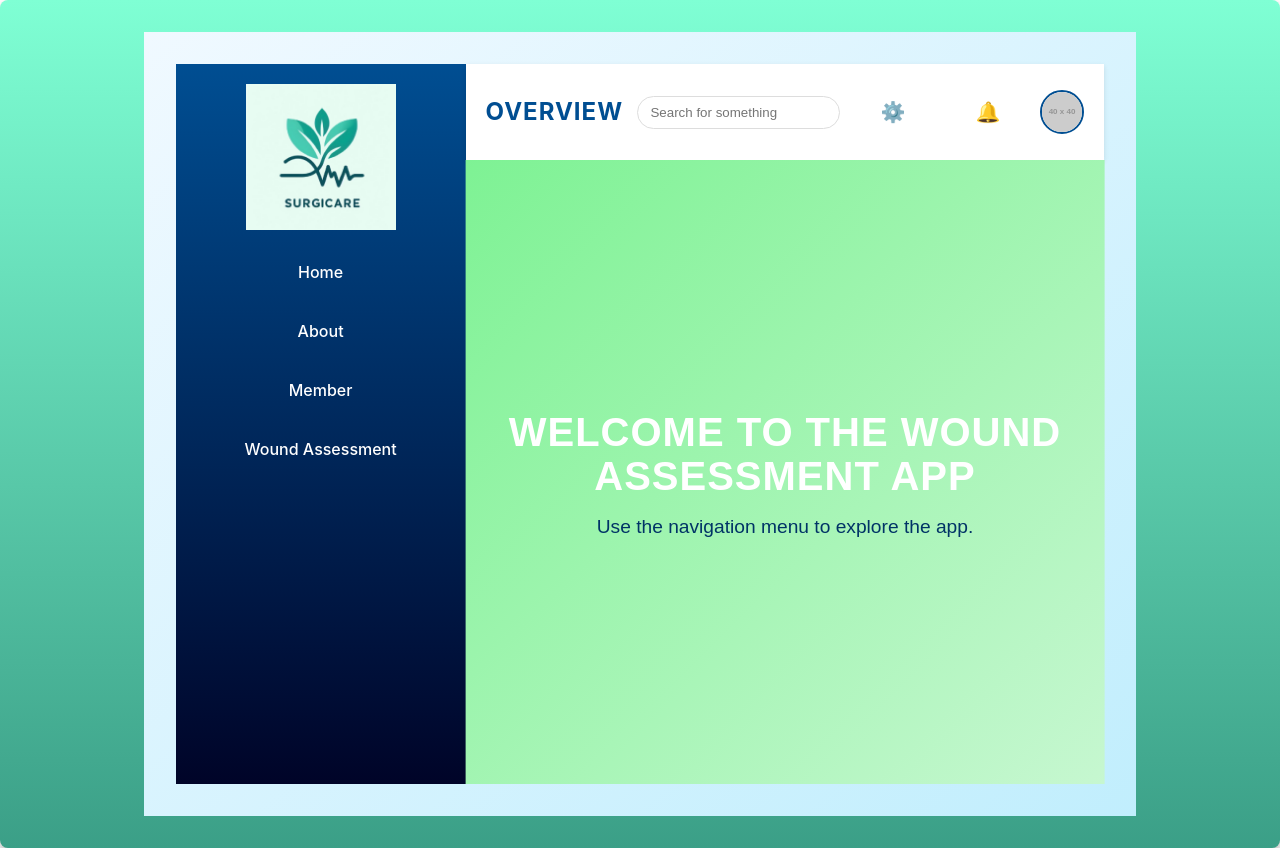
Repository: Jinwoo290350/Surgicare-Vue
Page: / (app in surgicare/)
The author's editor kept a copy of each file at every save. The page is drawn from the files as they stood at one save, then again after the next save.
The browser window is 1280 px wide. The pictures show the whole page.
The project was rebuilt for these pictures with package versions that can differ from the ones it lists, and the page was loaded fresh each time. Also part of the build but not shown: surgicare/vite.config.js, surgicare/src/views/About.vue, surgicare/src/views/Member.vue, surgicare/src/components/WoundAssessment.vue.

Above is the page before, as saved 2024-12-30 14:10:37.
Console error: TypeError: Cannot read properties of null (reading 'getContext')

After the next save:
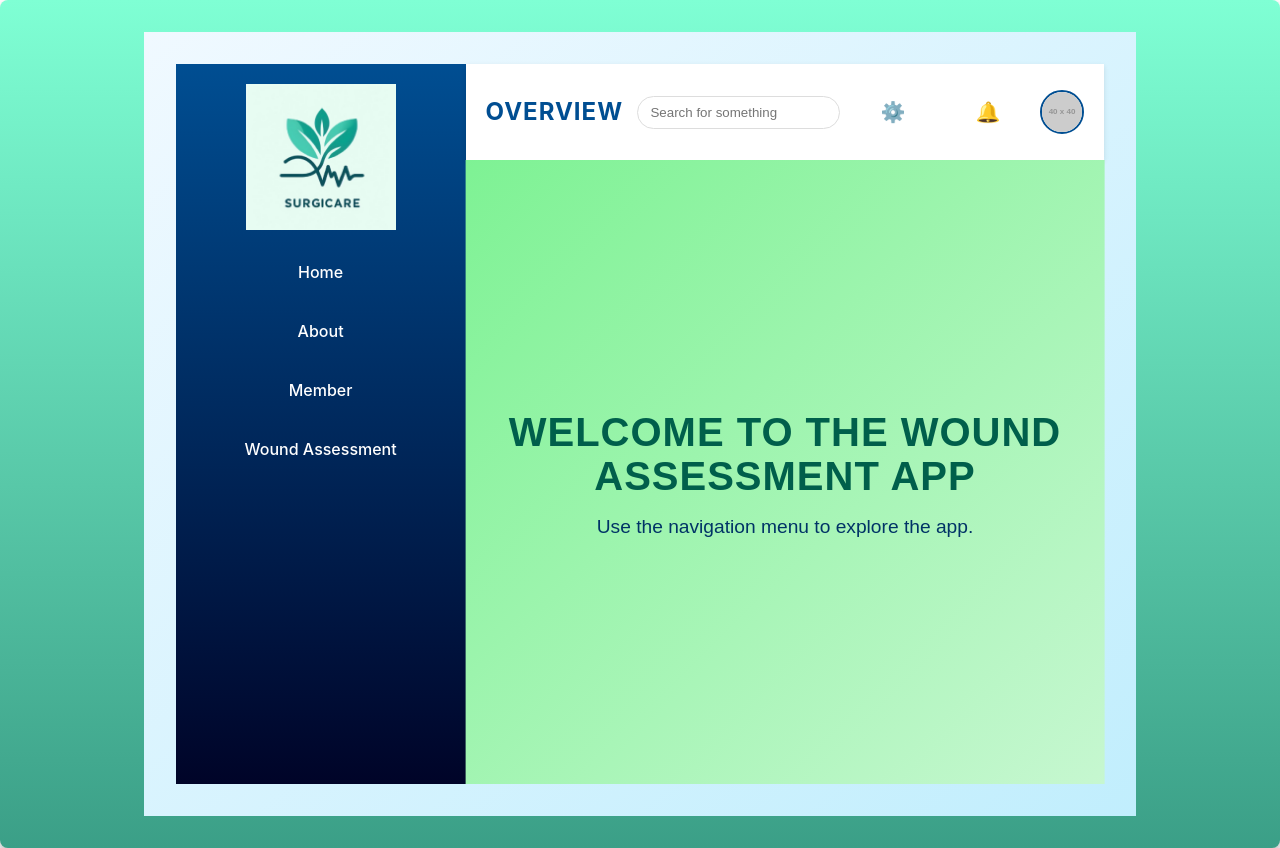
Saved 41 s later.
--- a/surgicare/src/views/Home.vue
+++ b/surgicare/src/views/Home.vue
@@ -35,11 +35,13 @@ export default {
   font-size: 2.5rem;
   font-weight: bold;
   margin-bottom: 15px;
+  color: #005f4b;
 }
 
 .description {
   font-size: 1.2rem;
   font-weight: 300;
   margin-top: 0;
+  color: #003366;
 }
 </style>
